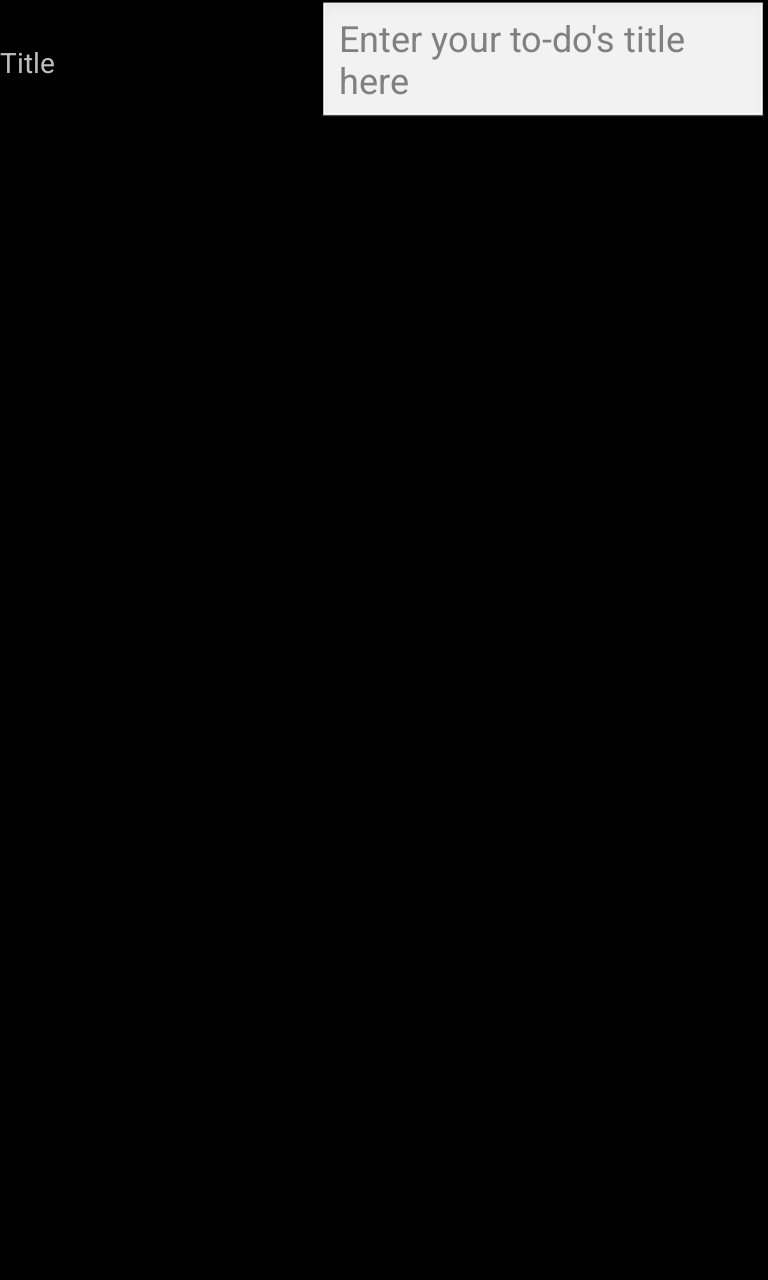
Repository: hilfialkaff/todo
Layout: ToDo_Replica/res/layout/add.xml
The author's editor kept a copy of each file at every save. The layout is drawn from the files as they stood at one save, then again after the next save.
It is drawn on a 768 x 1280 px phone screen (xhdpi) without system bars, with theme CustomTheme; the app's code is not run.

Above is the layout before, as saved 2011-03-18 00:58:37.

### ToDo_Replica/res/layout/add.xml
<?xml version="1.0" encoding="utf-8"?>
<LinearLayout xmlns:android="http://schemas.android.com/apk/res/android"
    android:layout_width="fill_parent"
    android:layout_height="fill_parent">
<TableLayout
	android:id="@+id/tl_add"
	android:layout_width="fill_parent"
	android:layout_height="wrap_content"
	android:stretchColumns="0">
	<TableRow
		android:id="@+id/tr_title"
		android:layout_width="fill_parent"
		android:layout_height="wrap_content">
		<TextView
			android:id="@+id/tv_title"
			android:layout_width="wrap_content"
			android:layout_height="wrap_content"
			android:text="Title">
		</TextView>
		<EditText
			android:id="@+id/et_title"
			android:layout_width="450px"
			android:layout_height="wrap_content"
			android:hint="Enter your to-do's title here">
	</EditText>
</TableRow>
</TableLayout>

<TableLayout
	android:id="@+id/tl_info"
	android:layout_width="fill_parent"
	android:layout_height="wrap_content"
	android:stretchColumns="0">

<TableLayout
	android:id="@+id/Line01"
	android:layout_width="fill_parent"
	android:layout_height="1dip"
	android:background="#FFFFFFFF">
</TableLayout>

<TableLayout
	android:id="@+id/Line02"
	android:layout_width="fill_parent"
	android:layout_height="1dip"
	android:background="#00000000">
</TableLayout>

<TableRow
	android:id="@+id/todo"
	android:layout_width="wrap_content"
	android:layout_height="wrap_content">
	<TextView
		android:layout_width="fill_parent"
		android:layout_height="wrap_content"
		android:text="ToDo	: ">
	</TextView>
	<EditText
		android:id="@+id/et_todo"
		android:layout_width="wrap_content"
		android:layout_height="wrap_content"
		android:text="">
	</EditText>
</TableRow>

<TableRow
	android:id="@+id/tags"
	android:layout_width="wrap_content"
	android:layout_height="wrap_content">
	<TextView
		android:layout_width="fill_parent"
		android:layout_height="wrap_content"
		android:text="Tags	: ">
	</TextView>
	<EditText
		android:id="@+id/et_tags"
		android:layout_width="wrap_content"
		android:layout_height="wrap_content"
		android:text="">
	</EditText>
</TableRow>

<TableRow
	android:id="@+id/notes"
	android:layout_width="wrap_content"
	android:layout_height="wrap_content">
	<TextView
		android:layout_width="fill_parent"
		android:layout_height="wrap_content"
		android:text="Notes	: ">
	</TextView>
	<EditText
		android:id="@+id/et_notes"
		android:layout_width="wrap_content"
		android:layout_height="wrap_content">
	</EditText>
</TableRow>

</TableLayout>

<TableLayout
	android:id="@+id/tl_button"
	android:layout_width="fill_parent"
	android:layout_height="wrap_content">
	<Button
		android:id="@+id/b_save"
		android:layout_width="wrap_content"
		android:layout_height="wrap_content"
		android:text="Save">
	</Button>
</TableLayout>
</LinearLayout>

### ToDo_Replica/res/values/custom_style.xml
<?xml version="1.0" encoding="UTF-8"?>
<resources>
    <style name="CustomWindowTitleBackground" parent="android:WindowTitleBackground">
        <item name="android:background">@android:color/transparent</item>
    </style>
    <style name="CustomTheme" parent="android:Theme">
        <item name="android:windowTitleSize">50px</item>
        <item name="android:windowTitleBackgroundStyle">@style/CustomWindowTitleBackground</item>
    </style>
</resources>

After the next save:
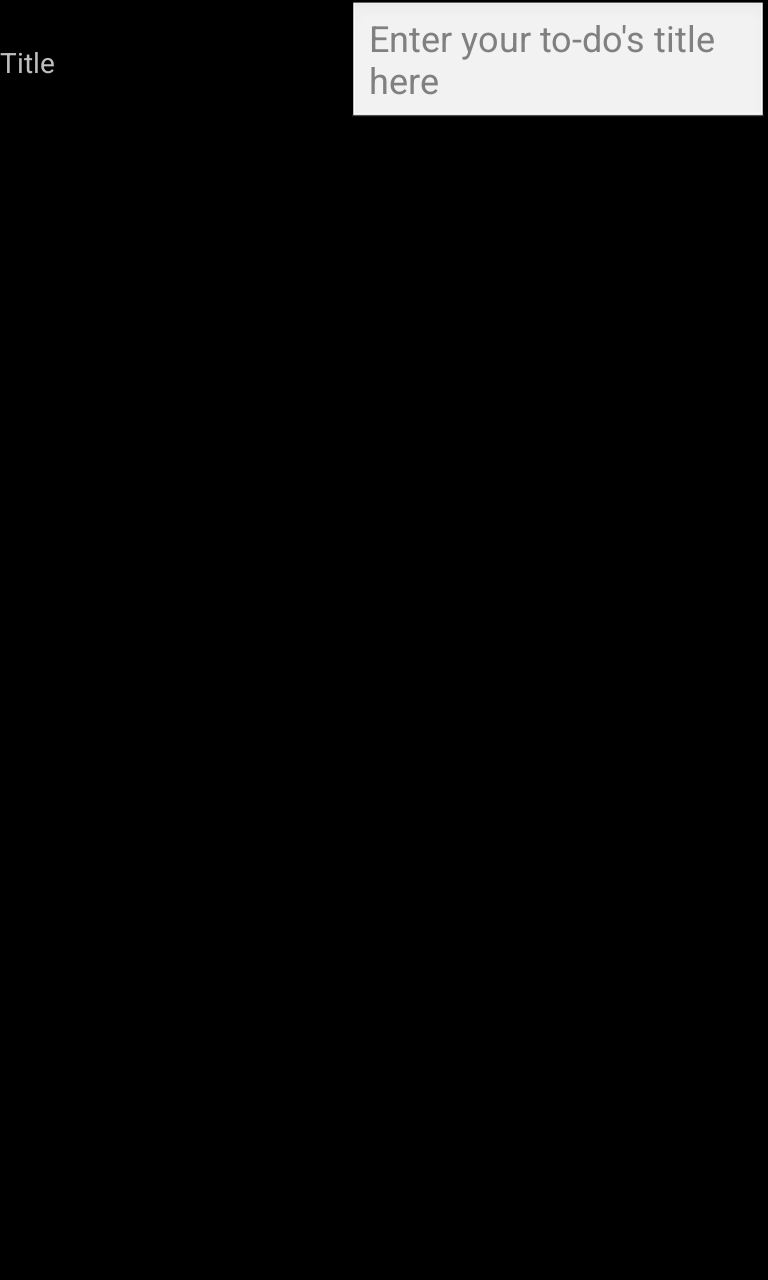
Saved 22 s later.
--- a/ToDo_Replica/res/layout/add.xml
+++ b/ToDo_Replica/res/layout/add.xml
@@ -19,7 +19,7 @@
 		</TextView>
 		<EditText
 			android:id="@+id/et_title"
-			android:layout_width="450px"
+			android:layout_width="420px"
 			android:layout_height="wrap_content"
 			android:hint="Enter your to-do's title here">
 	</EditText>
